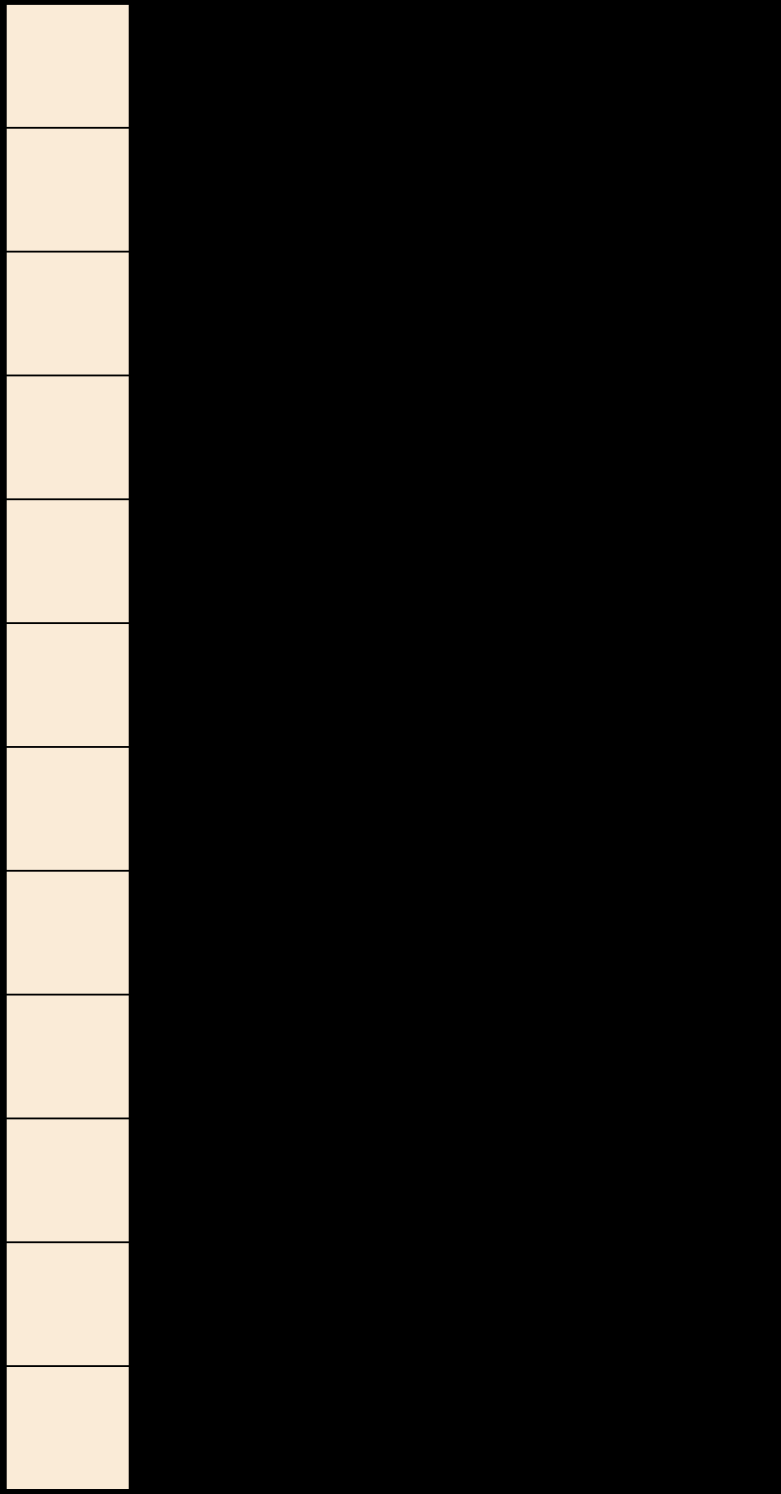
Repository: sephinejo/frontend-browser-101
Page: browser/xy.html
An editor plug-in stored every save of this project. The page is shown before and after the next save, followed by the edit.
The browser window is 1280 px wide. The pictures show the whole page, at 61% of full size.

Above is the page before, as saved 2023-05-10 14:29:24.

### browser/xy.html
<!DOCTYPE html>
<html lang="en">
  <head>
    <meta charset="UTF-8" />
    <meta http-equiv="X-UA-Compatible" content="IE=edge" />
    <meta name="viewport" content="width=device-width, initial-scale=1.0" />
    <title>Axios</title>
    <style>
      body {
        background-color: black;
      }
      .box {
        width: 200px;
        height: 200px;
        margin: 3px;
        background-color: antiquewhite;
      }
      .box special {
        background-color: brown;
      }
    </style>
  </head>
  <body>
    <div class="box"></div>
    <div class="box"></div>
    <div class="box"></div>
    <div class="box"></div>
    <div class="box"></div>
    <div class="box special"></div>
    <div class="box"></div>
    <div class="box"></div>
    <div class="box"></div>
    <div class="box"></div>
    <div class="box"></div>
    <div class="box"></div>
    <script></script>
  </body>
</html>

After the next save:
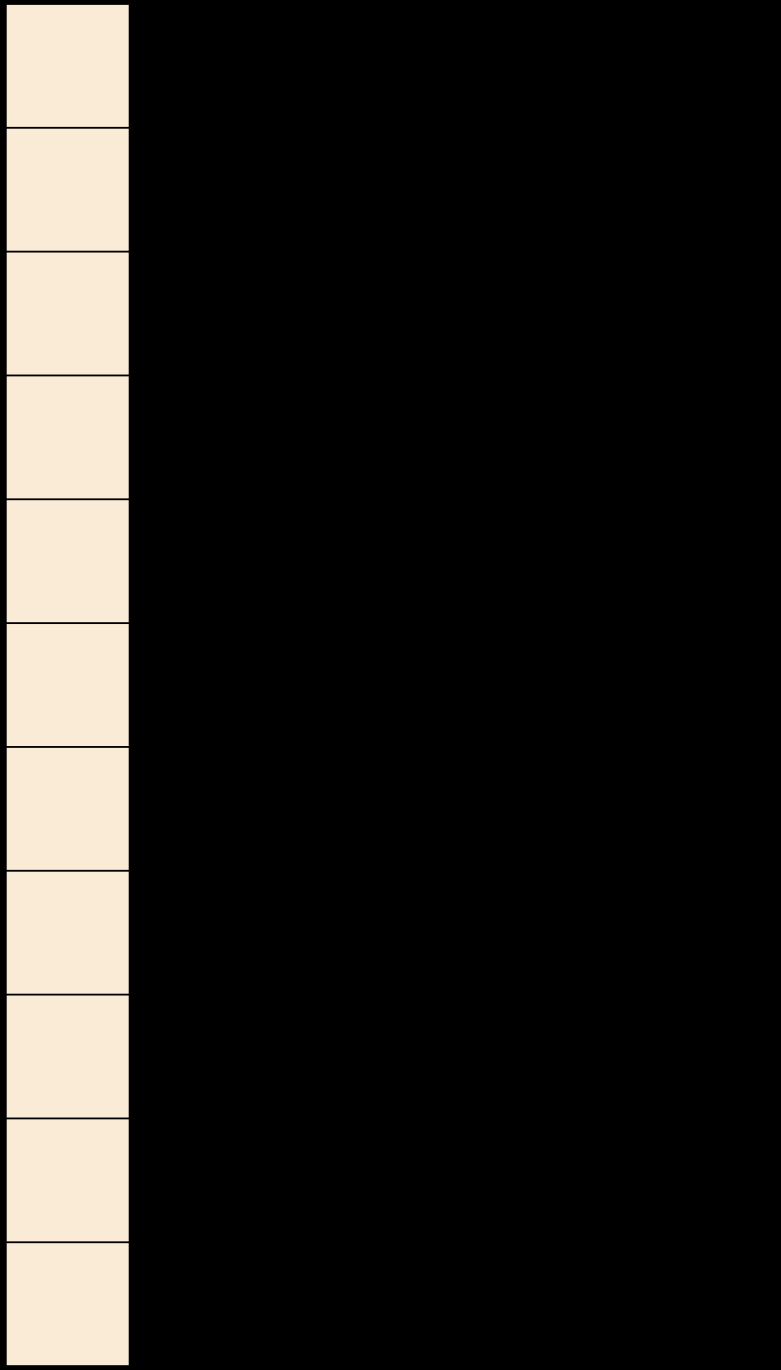
Saved 12 s later.
--- a/browser/xy.html
+++ b/browser/xy.html
@@ -15,7 +15,7 @@
         margin: 3px;
         background-color: antiquewhite;
       }
-      .box special {
+      .special {
         background-color: brown;
       }
     </style>
@@ -26,7 +26,7 @@
     <div class="box"></div>
     <div class="box"></div>
     <div class="box"></div>
-    <div class="box special"></div>
+    <div class="special"></div>
     <div class="box"></div>
     <div class="box"></div>
     <div class="box"></div>
